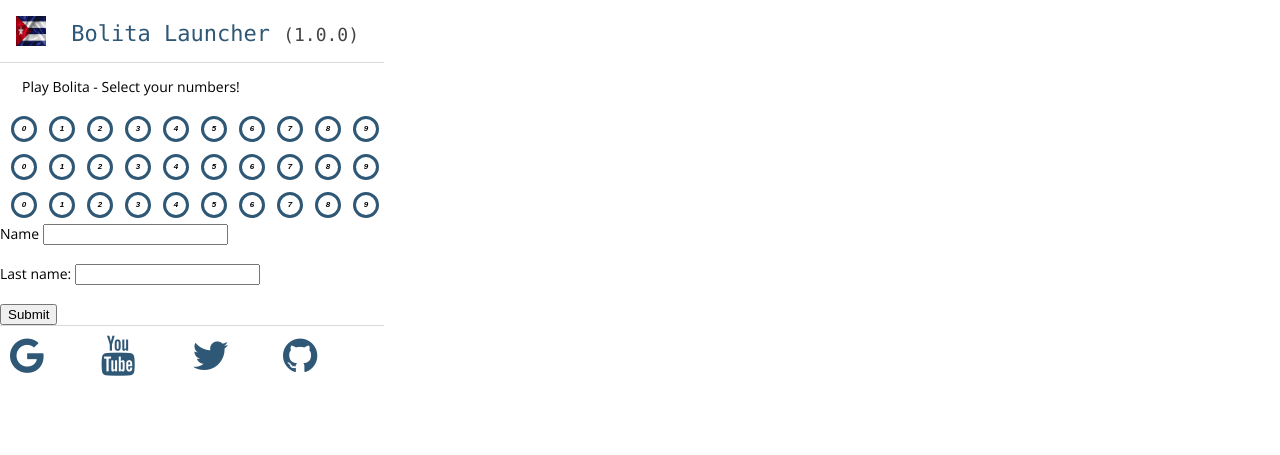
Repository: markymark617/BolitaChromeExtension
Page: popup.html
An editor plug-in stored every save of this project. The page is shown before and after the next save, followed by the edit.
The browser window is 1280 px wide. The pictures show the whole page.

Above is the page before, as saved 2020-08-31 19:56:09.

### popup.html
<!DOCTYPE html>
<html lang="en">
<head>
    <meta charset="UTF-8">
    <meta name="viewport" content="width=device-width, initial-scale=1.0">
    <meta http-equiv="X-UA-Compatible" content="ie=chrome">
    <title>Bolita Launcher</title>
    <link rel="stylesheet" href="https://fonts.googleapis.com/css?family=Open+Sans" type="text/css">
    <link rel="stylesheet" href="popup.css">
    <link href="https://maxcdn.bootstrapcdn.com/font-awesome/4.7.0/css/font-awesome.min.css" rel="stylesheet" integrity="sha384-wvfXpqpZZVQGK6TAh5PVlGOfQNHSoD2xbE+QkPxCAFlNEevoEH3Sl0sibVcOQVnN" crossorigin="anonymous"/>

</head>

<body>
    <div class="modal-header">
        <h1 class="logo">
            <img src="images/bolita_logo.png" alt="Bolita_Launcher_logo" class="logo-icon"> Bolita Launcher <span class="version">(1.0.0)</span>
        </h1>
    </div>
    <div class="modal-content">
        <p>Play Bolita - Select your numbers!</p>
    </div>


    <div class="ball-icons">

        <div class="flex-container paddedDiv firstBet" id="firstRow">

            <button id="first-zero" value='0' class="btnFirstBet">
                <div class="flex circle">
                    <div class="fa-stack fa-2x">
                        <i class="fa fa-stack-2x fa-inverse"></i>
                        <i class="fa-stack-1x fa-stack-text">0</i>
                    </div>
                </div>
            </button>

            <button id="first-one" value='1' class="btnFirstBet">
                <div class="flex circle">
                    <div class="fa-stack fa-2x">
                        <i class="fa fa-stack-2x fa-inverse"></i>
                        <i class="fa-stack-1x fa-stack-text">1</i>
                    </div>
                </div>
            </button>


            <button id="first-two" value='2' class="btnFirstBet">
                <div class="flex circle">
                    <div class="fa-stack fa-2x">
                        <i class="fa fa-stack-2x fa-inverse"></i>
                        <i class="fa-stack-1x fa-stack-text">2</i>
                    </div>
                </div>
            </button>


            <button id="first-three" value='3' class="btnFirstBet">
                <div class="flex circle">
                    <div class="fa-stack fa-2x">
                        <i class="fa fa-stack-2x fa-inverse"></i>
                        <i class="fa-stack-1x fa-stack-text">3</i>
                    </div>
                </div>
            </button>


            <button id="first-four" value='4' class="btnFirstBet">
                <div class="flex circle">
                    <div class="fa-stack fa-2x">
                        <i class="fa fa-stack-2x fa-inverse"></i>
                        <i class="fa-stack-1x fa-stack-text">4</i>
                    </div>
                </div>
            </button>


            <button id="first-five" value='5' class="btnFirstBet">
                <div class="flex circle">
                    <div class="fa-stack fa-2x">
                        <i class="fa fa-stack-2x fa-inverse"></i>
                        <i class="fa-stack-1x fa-stack-text">5</i>
                    </div>
                </div>
            </button>


            <button id="first-six" value='6' class="btnFirstBet">
                <div class="flex circle">
                    <div class="fa-stack fa-2x">
                        <i class="fa fa-stack-2x fa-inverse"></i>
                        <i class="fa-stack-1x fa-stack-text">6</i>
                    </div>
                </div>
            </button>


            <button id="first-seven" value='7' class="btnFirstBet">
                <div class="flex circle">
                    <div class="fa-stack fa-2x">
                        <i class="fa fa-stack-2x fa-inverse"></i>
                        <i class="fa-stack-1x fa-stack-text">7</i>
                    </div>
                </div>
            </button>


            <button id="first-eight" value='8' class="btnFirstBet">
                <div class="flex circle">
                    <div class="fa-stack fa-2x">
                        <i class="fa fa-stack-2x fa-inverse"></i>
                        <i class="fa-stack-1x fa-stack-text">8</i>
                    </div>
                </div>
            </button>


            <button id="first-nine" value='9' class="btnFirstBet">
                    <div class="flex circle">
                        <div class="fa-stack fa-2x">
                                <i class="fa fa-stack-2x fa-inverse"></i>
                                <i class="fa-stack-1x fa-stack-text">9</i>
                        </div>
                    </div>
            </button>

        </div>

<!-- second row-->

        <div class="flex-container paddedDiv secondBet" id="secondRow">

            <button id="second-zero" value='0' class="btnSecondBet">
                <div class="flex circle">
                    <div class="fa-stack fa-2x">
                        <i class="fa fa-stack-2x fa-inverse"></i>
                        <i class="fa-stack-1x fa-stack-text">0</i>
                    </div>
                </div>
            </button>

            <button id="second-one" value='1' class="btnSecondBet">
                <div class="flex circle">
                    <div class="fa-stack fa-2x">
                        <i class="fa fa-stack-2x fa-inverse"></i>
                        <i class="fa-stack-1x fa-stack-text">1</i>
                    </div>
                </div>
            </button>


            <button id="second-two" value='2' class="btnSecondBet">
                <div class="flex circle">
                    <div class="fa-stack fa-2x">
                        <i class="fa fa-stack-2x fa-inverse"></i>
                        <i class="fa-stack-1x fa-stack-text">2</i>
                    </div>
                </div>
            </button>


            <button id="second-three" value='3' class="btnSecondBet">
                <div class="flex circle">
                    <div class="fa-stack fa-2x">
                        <i class="fa fa-stack-2x fa-inverse"></i>
                        <i class="fa-stack-1x fa-stack-text">3</i>
                    </div>
                </div>
            </button>


            <button id="second-four" value='4' class="btnSecondBet">
                <div class="flex circle">
                    <div class="fa-stack fa-2x">
                        <i class="fa fa-stack-2x fa-inverse"></i>
                        <i class="fa-stack-1x fa-stack-text">4</i>
                    </div>
                </div>
            </button>


            <button id="second-five" value='5' class="btnSecondBet">
                <div class="flex circle">
                    <div class="fa-stack fa-2x">
                        <i class="fa fa-stack-2x fa-inverse"></i>
                        <i class="fa-stack-1x fa-stack-text">5</i>
                    </div>
                </div>
            </button>


            <button id="second-six" value='6' class="btnSecondBet">
                <div class="flex circle">
                    <div class="fa-stack fa-2x">
                        <i class="fa fa-stack-2x fa-inverse"></i>
                        <i class="fa-stack-1x fa-stack-text">6</i>
                    </div>
                </div>
            </button>


            <button id="second-seven" value='7' class="btnSecondBet">
                <div class="flex circle">
                    <div class="fa-stack fa-2x">
                        <i class="fa fa-stack-2x fa-inverse"></i>
                        <i class="fa-stack-1x fa-stack-text">7</i>
                    </div>
                </div>
            </button>



            <button id="second-eight" value='8' class="btnSecondBet">
                <div class="flex circle">
                    <div class="fa-stack fa-2x">
                        <i class="fa fa-stack-2x fa-inverse"></i>
                        <i class="fa-stack-1x fa-stack-text">8</i>
                    </div>
                </div>
            </button>


            <button id="second-nine" value='9' class="btnSecondBet">
                    <div class="flex circle">
                        <div class="fa-stack fa-2x">
                                <i class="fa fa-stack-2x fa-inverse"></i>
                                <i class="fa-stack-1x fa-stack-text">9</i>
                        </div>
                    </div>
            </button>

        </div>

<!--Third Row-->

        <div class="flex-container paddedDiv thirdBet" id="thirdRow">

                <button id="third-zero" value='0' class="btnThirdBet">
                    <div class="flex circle">
                        <div class="fa-stack fa-2x">
                            <i class="fa fa-stack-2x fa-inverse"></i>
                            <i class="fa-stack-1x fa-stack-text">0</i>
                        </div>
                    </div>
                </button>

                <button id="third-one" value='1' class="btnThirdBet">
                    <div class="flex circle">
                        <div class="fa-stack fa-2x">
                            <i class="fa fa-stack-2x fa-inverse"></i>
                            <i class="fa-stack-1x fa-stack-text">1</i>
                        </div>
                    </div>
                </button>


                <button id="third-two" value='2' class="btnThirdBet">
                    <div class="flex circle">
                        <div class="fa-stack fa-2x">
                            <i class="fa fa-stack-2x fa-inverse"></i>
                            <i class="fa-stack-1x fa-stack-text">2</i>
                        </div>
                    </div>
                </button>


                <button id="third-three" value='3' class="btnThirdBet">
                    <div class="flex circle">
                        <div class="fa-stack fa-2x">
                            <i class="fa fa-stack-2x fa-inverse"></i>
                            <i class="fa-stack-1x fa-stack-text">3</i>
                        </div>
                    </div>
                </button>


                <button id="third-four" value='4' class="btnThirdBet">
                    <div class="flex circle">
                        <div class="fa-stack fa-2x">
                            <i class="fa fa-stack-2x fa-inverse"></i>
                            <i class="fa-stack-1x fa-stack-text">4</i>
                        </div>
                    </div>
                </button>


                <button id="third-five" value='5' class="btnThirdBet">
                    <div class="flex circle">
                        <div class="fa-stack fa-2x">
                            <i class="fa fa-stack-2x fa-inverse"></i>
                            <i class="fa-stack-1x fa-stack-text">5</i>
                        </div>
                    </div>
                </button>


                <button id="third-six" value='6' class="btnThirdBet">
                    <div class="flex circle">
                        <div class="fa-stack fa-2x">
                            <i class="fa fa-stack-2x fa-inverse"></i>
                            <i class="fa-stack-1x fa-stack-text">6</i>
                        </div>
                    </div>
                </button>


                <button id="third-seven" value='7' class="btnThirdBet">
                    <div class="flex circle">
                        <div class="fa-stack fa-2x">
                            <i class="fa fa-stack-2x fa-inverse"></i>
                            <i class="fa-stack-1x fa-stack-text">7</i>
                        </div>
                    </div>
                </button>



                <button id="third-eight" value='8' class="btnThirdBet">
                    <div class="flex circle">
                        <div class="fa-stack fa-2x">
                            <i class="fa fa-stack-2x fa-inverse"></i>
                            <i class="fa-stack-1x fa-stack-text">8</i>
                        </div>
                    </div>
                </button>


                <button id="third-nine" value='9' class="btnThirdBet">
                        <div class="flex circle">
                            <div class="fa-stack fa-2x">
                                    <i class="fa fa-stack-2x fa-inverse"></i>
                                    <i class="fa-stack-1x fa-stack-text">9</i>
                            </div>
                        </div>
                </button>

            </div>








    </div>




    <div class="modal-output">
            <form action="results.html" method="GET">
                    <label for="fname">Name</label>
                    <input type="text" id="fname" name="fname"><br><br>
                    <label for="lname">Last name:</label>
                    <input type="text" id="lname" name="lname"><br><br>
                    <input type="submit" value="Submit">
            </form>
        </div>

    <div class="modal-icons">
        <div class="flex-container">
            <div class="flex">
                <a href="https://www.google.com" target="_blank">
                    <i class="fa fa-google"></i>
                </a>
            </div>

            <div class="flex">
                <a href="https://www.youtube.com" target="_blank">
                    <i class="fa fa-youtube"></i>
                </a>
            </div>

            <div class="flex">
                <a href="https://www.twitter.com" target="_blank">
                    <i class="fa fa-twitter"></i>
                </a>
            </div>

            <div class="flex">
                <a href="https://www.github.com" target="_blank">
                    <i class="fa fa-github"></i>
                </a>
            </div>
        </div>
    </div>








    <script src="popup.js"></script>
</body>
</html>

### popup.css

    html,
    body {
        font-family : 'Open Sans', sans-serif;
        font-size: 14px;
        margin: 0;
        min-height: 180px;
        padding: 0;
        width: 384px;
    }

    h1 {
        font-family: 'Menlo', monospace;
        font-size: 22px;
        font-weight: 400;
        margin: 0;
        color: #2f5876;
    }

    a:link, a:visited {
        color: #000;
        outline: 0;
        text-decoration: none;
    }

    img {
        width: 30px;

    }

    .modal-header {
        align-items: center;
        border-bottom: 0.5px solid #dadada;
    }

    .modal-content {
        padding: 0 22px;
        align-items: center;
    }

    .modal-icons {
        border-top: 0.5px solid #dadada;
        height: 50px;
        width: 100%;
    }

    .logo {
        padding: 16px;
    }

    .logo-icon {
        vertical-align: text-bottom;
        margin-right: 12px;
    }

    .version {
        color: #444;
        font-size: 18px;
    }

    .flex-container {
        display: flex;
        justify-content: space-between;
        padding: 10px 10px;
    }

    .flex {
        opacity: 1;
        transition: opacity 0.2s ease-in-out;
        width: 120px
    }

    .flex:hover {
        opacity: 0.4;
    }

    .flex .fa {
        font-size: 40px;
        color: #2f5876;
    }

    .fa-stack-text {
        font-size: 8px;
        border:none;
        align-items: center;
        font-weight:bold;
    }

    .circle {
        display: flex;
        border: 3px solid #2f5876;
        border-radius: 100%;
        width: 20px;
        height: 20px;
        justify-content: center;
        align-items: center;

    }

    button {
        background: transparent;
        border:0;
        outline:none;

    }

    .paddedDiv {
        padding: 5px;
    }

### popup.js

document.querySelectorAll(".btnFirstBet").forEach(item => {
    item.addEventListener('click', event => {
        //handle click


        document.querySelectorAll(".btnFirstBet").forEach(item => {

                item.classList.remove("active");
                item.style.opacity=1;

        })

        item.style.opacity= 0.4;
        item.classList.add("active");

        //only 1 can be active at any given time

    })
});


document.querySelectorAll(".btnSecondBet").forEach(item => {
    item.addEventListener('click', event => {
        //handle click


        document.querySelectorAll(".btnSecondBet").forEach(item => {

                item.classList.remove("active");
                item.style.opacity=1;

        })

        item.style.opacity= 0.4;
        item.classList.add("active");

        //only 1 can be active at any given time

    })
});


document.querySelectorAll(".btnThirdBet").forEach(item => {
    item.addEventListener('click', event => {
        //handle click


        document.querySelectorAll(".btnThirdBet").forEach(item => {

                item.classList.remove("active");
                item.style.opacity=1;

        })

        item.style.opacity= 0.4;
        item.classList.add("active");

        //only 1 can be active at any given time

    })
});



/*


[document.querySelectorAll(".firstBet"), document.querySelector('.btnFirstBet')].forEach(item => {
    item.addEventListener('click', event => {
        //handle click
        item.style.opacity= 0.4;
        item.addClass("active");
    })
});


var elements = document.getElementsByClassName(".btnFirstBet");

[].forEach.call(elements, function(currElement) {
    currElemen
    currElement.style.opacity= 0.4;
    currElement.classList.add("active");
    console.log(currElement.tagName);
});


document.getElementsByClassName(".btnFirstBet").forEach(item => {
    item.addEventListener('click', event => {
        //handle click
        item.style.opacity= 0.4;
       // element.classList.add("active");
    })
})










var elements = document.querySelectorAll('.btnFirstBet');
for (var i = 0; i < elements.length; i++) {
    elements[i].classList.remove("active");
    elements[i].onclick = function (event) {
        console.log("ONCLICK");
        //remove all active class
        removeClass();
        if (event.elements[i].innerHTML === this.innerHTML) {
            console.log("IN IF");
            this.classList.add("active");
        }
    }
}

function removeClass(){
  for (var i = 0; i < elements.length; i++) {
    elements[i].classList.remove("active");
  }
}








*/

After the next save:
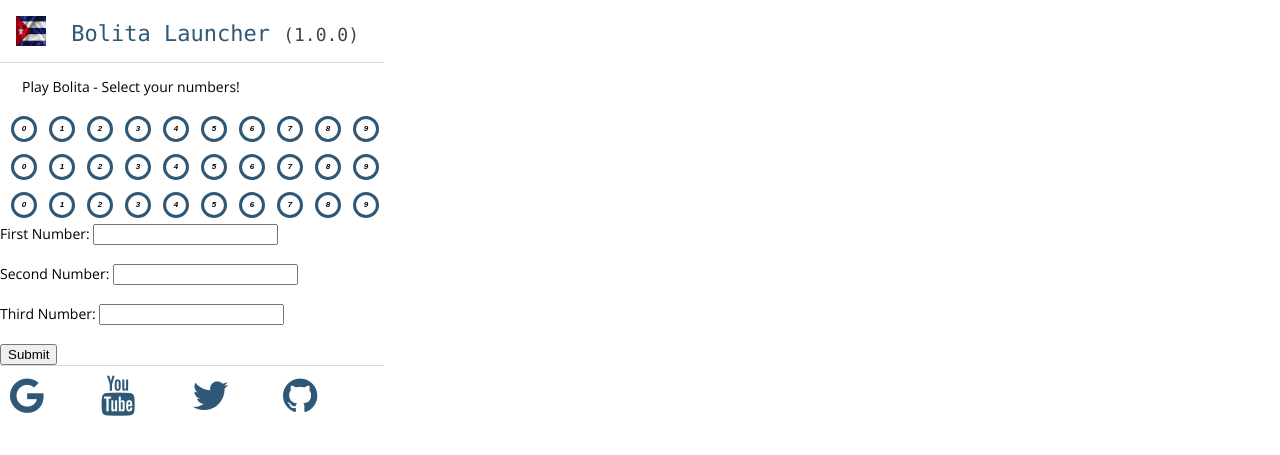
Saved 5 days later.
--- a/popup.html
+++ b/popup.html
@@ -350,10 +350,12 @@
 
     <div class="modal-output">
             <form action="results.html" method="GET">
-                    <label for="fname">Name</label>
-                    <input type="text" id="fname" name="fname"><br><br>
-                    <label for="lname">Last name:</label>
-                    <input type="text" id="lname" name="lname"><br><br>
+                    <label for="firstBetInput">First Number:</label>
+                    <input type="text" id="firstBetInput" name="firstBetInput"><br><br>
+                    <label for="secondBetInput">Second Number:</label>
+                    <input type="text" id="secondBetInput" name="secondBetInput"><br><br>
+                    <label for="thirdBetInput">Third Number:</label>
+                    <input type="text" id="thirdBetInput" name="thirdBetInput"><br><br>
                     <input type="submit" value="Submit">
             </form>
         </div>
